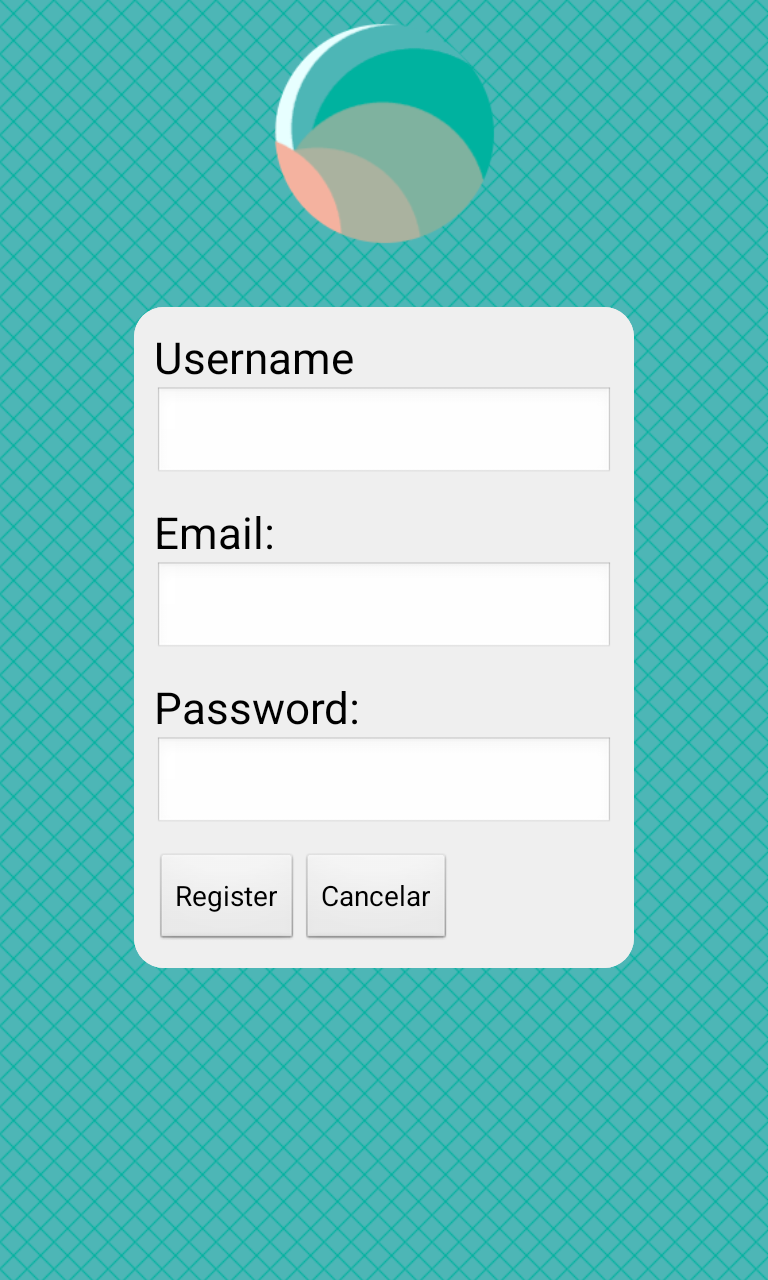
Repository: ppamorim/Coderock-X
Layout: workspace-Android/teste1/res/layout/activity_register.xml
An editor plug-in stored every save of this project. The layout is shown before and after the next save, followed by the edit.
It is drawn on a 768 x 1280 px phone screen (xhdpi) without system bars, with theme android:Theme.NoTitleBar; the app's code is not run.

Above is the layout before, as saved 2014-01-05 23:15:12.

After the next save:
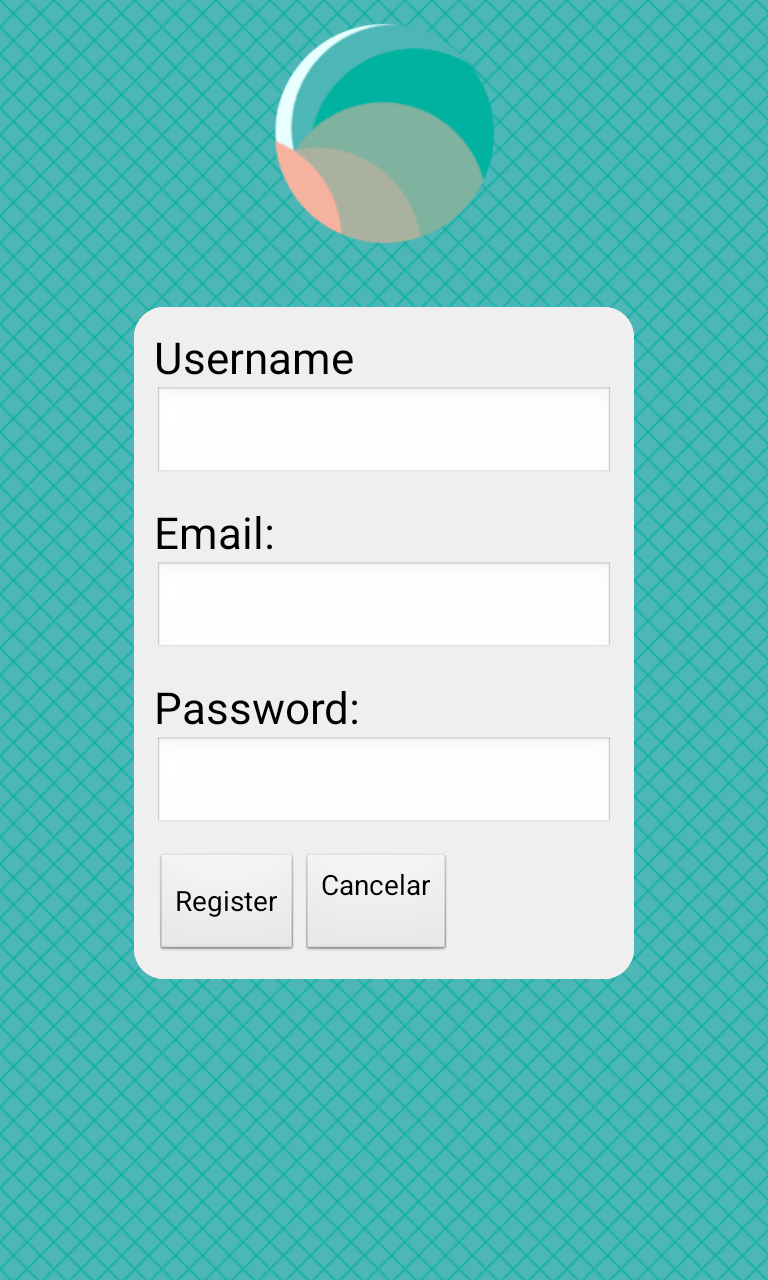
Saved 7 s later.
--- a/workspace-Android/teste1/res/layout/activity_register.xml
+++ b/workspace-Android/teste1/res/layout/activity_register.xml
@@ -107,7 +107,7 @@
             	android:text="@string/register" />
 
         		<Button
-        		android:layout_gravity="right"
+        		android:gravity="right"
             	android:id="@+id/Cancelar"
             	android:layout_width="wrap_content"
             	android:layout_height="fill_parent"

After the save that followed:
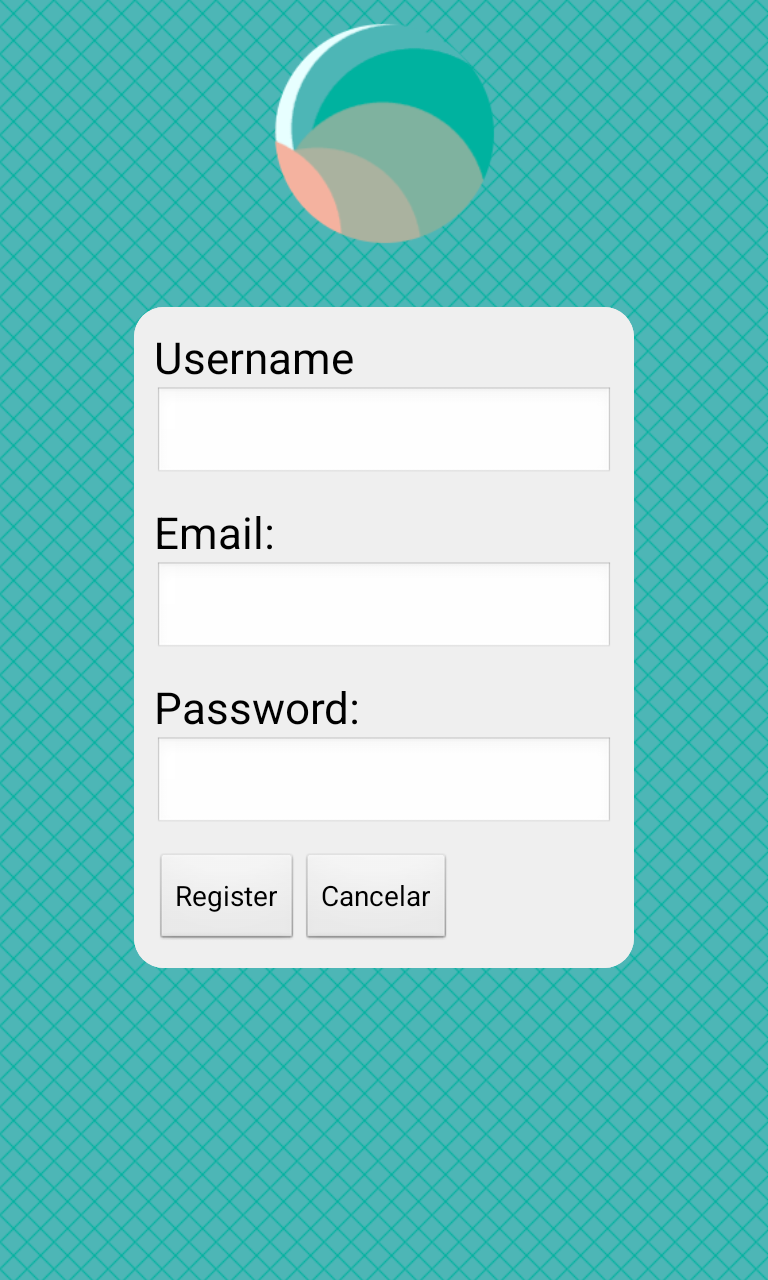
Saved 6 s later.
--- a/workspace-Android/teste1/res/layout/activity_register.xml
+++ b/workspace-Android/teste1/res/layout/activity_register.xml
@@ -107,7 +107,6 @@
             	android:text="@string/register" />
 
         		<Button
-        		android:gravity="right"
             	android:id="@+id/Cancelar"
             	android:layout_width="wrap_content"
             	android:layout_height="fill_parent"
